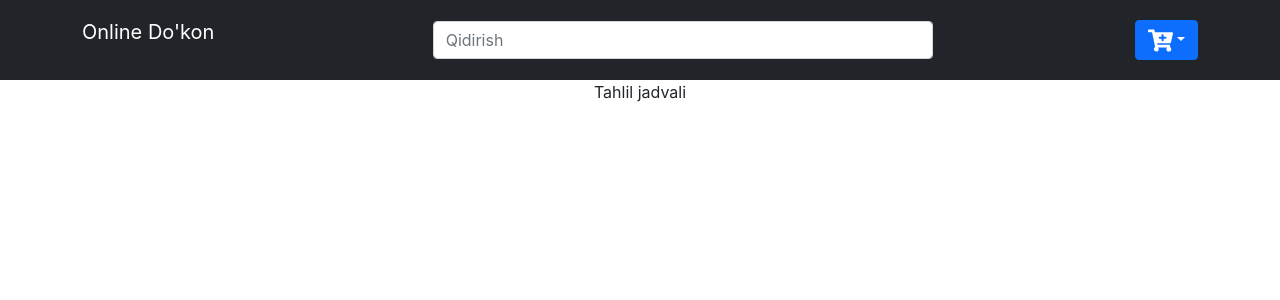
Repository: om1ars/shopping-cart
Page: /
An editor plug-in stored every save of this project. The page is shown before and after a run of saves, followed by the edit.
The browser window is 1280 px wide. The pictures show the whole page.
The project was rebuilt for these pictures with package versions that can differ from the ones it lists, and the page was loaded fresh each time.

Above is the page before, as saved 2021-10-06 17:11:48.

After the next 30 saves:
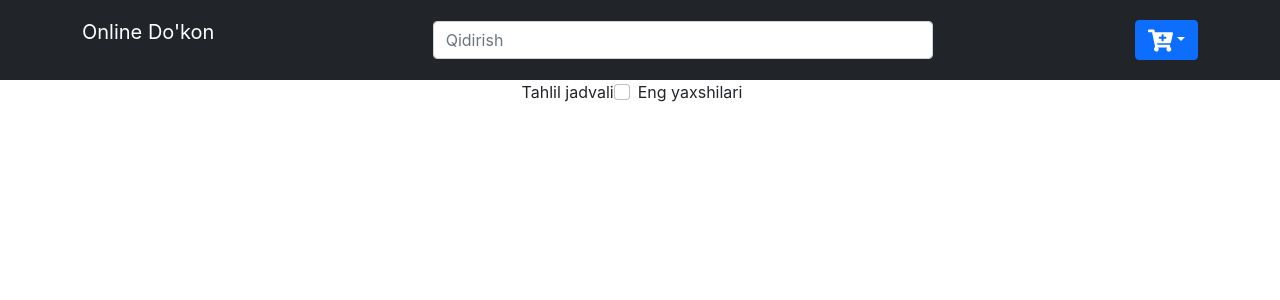
The 30 saves are shown as one change because they came seconds apart.
The last was saved 49 s later.
--- a/src/components/Filter.js
+++ b/src/components/Filter.js
@@ -1,10 +1,17 @@
 import React from 'react'
+import { Form } from 'react-bootstrap'
 
 export const Filter = () => {
     return (
         <div className='filter'>
             <span className="title">Tahlil jadvali</span>
-
+            <span>
+                <Form.Check
+                inline
+                label='Eng yaxshilari'
+                name='group1'
+                />
+            </span>
         </div>
     )
 }
